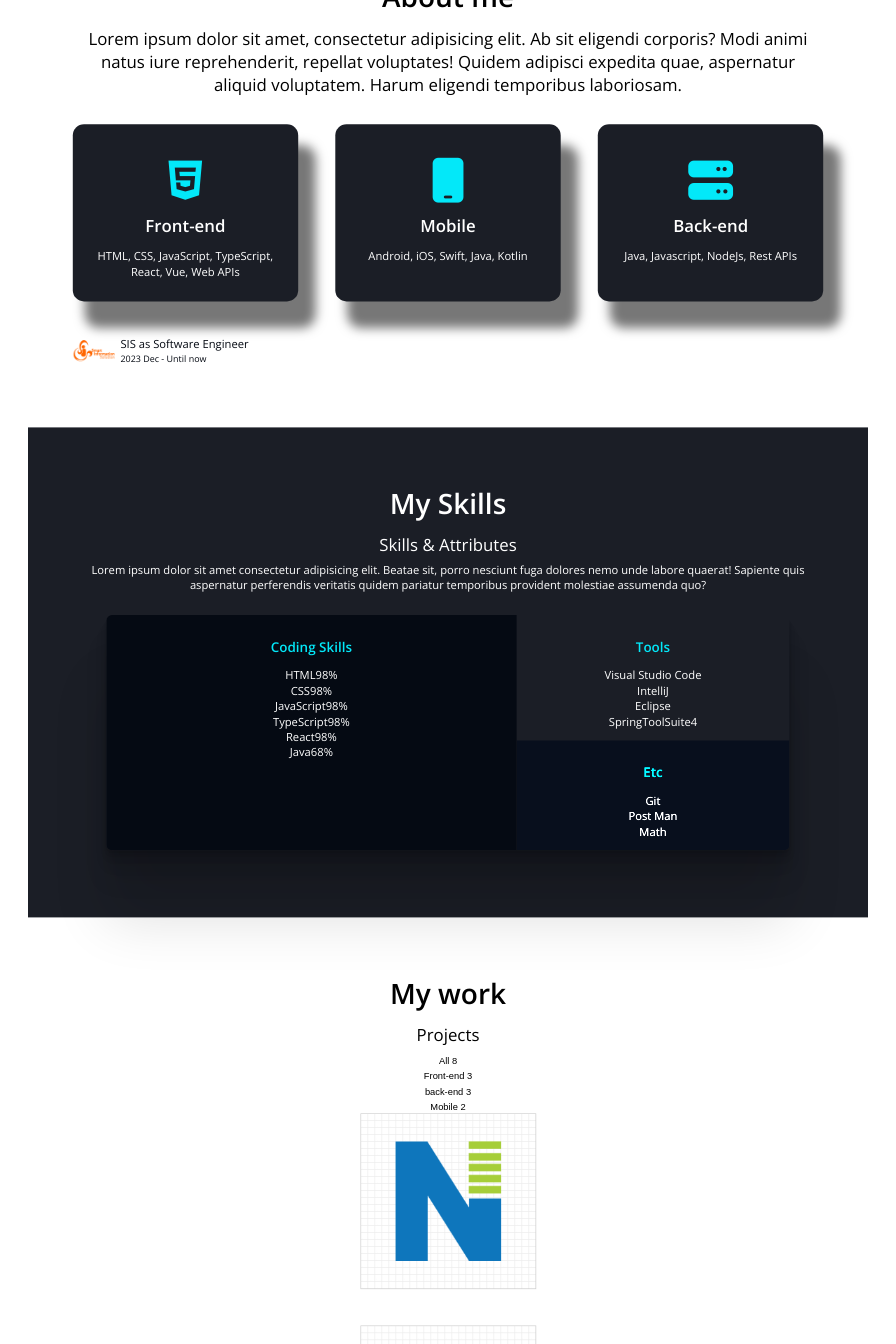
Repository: N1C0N1C0/Portfolio
Page: index.html
These files come from the project's save history. The page is drawn as it stood at one moment and after the next save; the edit follows.
The browser window is 1280 px wide. The pictures show the part of the page from y = 851 to 2771 px (the page is 6511 px tall), at 70% of full size.
Some web libraries are served in a nearby version.

Above is the page before, as saved 2023-12-16 23:15:59.

### index.html
<!DOCTYPE html>
<html lang="jp">
<head>
    <meta charset="UTF-8">
    <meta name="viewport" content="width=device-width, initial-scale=1.0">
    <!-- SEO -->
    <title>My&#39s Portfolio</title>
    <meta
        name="description"
        content="Portfolio for job change"
    />
    <meta
        name="author" content="KimJeongmin"
    />
    <link rel="shortcut icon" href="images/favicon.ico" type="image/x-icon">
    <!-- OG(OPEN Graph Data) -->
    <meta property="og:title" content="Portfolio"/>
    <meta property="og:type" content="website"/>
    <meta property="og:url" content="URL generated after deployment"/>
    <meta property="og:image" content="Image URL created after deployment"/>
    <!-- Google Fonts -->
    <link rel="preconnect" href="https://fonts.googleapis.com">
    <link rel="preconnect" href="https://fonts.gstatic.com" crossorigin>
    <link href="https://fonts.googleapis.com/css2?family=Noto+Sans+JP:wght@300;400;500&family=Open+Sans:wght@400;600&display=swap" rel="stylesheet">
    <!-- Font Awesome -->
    <script src="https://kit.fontawesome.com/04742e9fab.js" crossorigin="anonymous"></script>
    <!-- CSS -->
    <link rel="stylesheet" href="css/style.css">
    <!-- Javascript -->
    <script src="src/main.js" defer></script>
</head>
<body>
    <!-- Header -->
    <header class="header">
        <div class="header__logo">
            <img class="header__logo__img" src="images/favicon.ico" alt="logo" />
            <h1 class="header__logo__title"><a href="#">キムジョンミン</a></h1>
        </div>
        <nav>
            <ul class="header__menu">
                <li><a class="header__menu__item active" href="#home">Home</a></li>
                <li><a class="header__menu__item" href="#about">About</a></li>
                <li><a class="header__menu__item" href="#skills">Skill</a></li>
                <li><a class="header__menu__item" href="#work">My Work</a></li>
                <li><a class="header__menu__item" href="#testimonials">Testimonials</a></li>
                <li><a class="header__menu__item" href="#contact">Contact</a></li>
            </ul>
        </nav>
    </header>
    <!-- Main -->
    <main>
        <!-- Home -->
        <section id="home">
            <img class="home__avatar" src="images/profile.JPG" alt="profile">
            <h2 class="home__title">Hello<br/> I&#39;m <strong class="home__title--strong">Jeongmin</strong></h2>
            <p class="home__description">A software engineer currently residing in Nagoya, Japan</p>
            <a class="home__contact" href="#contact">Contact Me</a>
        </section>
        <!-- About -->
        <section id="about" class="section max-container">
            <h2 class="title">About me</h2>
            <p class="description">
                Lorem ipsum dolor sit amet, consectetur adipisicing elit. Ab sit eligendi corporis? Modi animi natus iure reprehenderit, repellat voluptates! Quidem adipisci expedita quae, aspernatur aliquid voluptatem. Harum eligendi temporibus laboriosam.
            </p>
            <ul class="majors">
                <li class="major">
                    <i class="fa-brands fa-html5 major__icon"></i>
                    <p class="major__title">Front-end</p>
                    <p>HTML, CSS, JavaScript, TypeScript, React, Vue, Web APIs</p>
                </li>
                <li class="major">
                    <i class="fa-solid fa-mobile major__icon"></i>
                    <p class="major__title">Mobile</p>
                    <p>Android, iOS, Swift, Java, Kotlin</p>
                </li>
                <li class="major">
                    <i class="fa-solid fa-server major__icon"></i>
                    <p class="major__title">Back-end</p>
                    <p>Java, Javascript, NodeJs, Rest APIs</p>
                </li>
            </ul>
            <ul class="jobs">
                <li class="job">
                    <img class="job__img" src="images/sis_image.png" alt="株式 SIS">
                    <div>
                        <p class="job__name">SIS as Software Engineer</p>
                        <p class="job__period">2023 Dec - Until now</p>
                    </div>
                </li>
            </ul>
        </section>
        <!-- Skills -->
        <section id="skills" class="section max-container ">
            <h2 class="title">My Skills</h2>
            <p class="description">Skills & Attributes</p>
            <p>
                Lorem ipsum dolor sit amet consectetur adipisicing elit. Beatae sit, porro nesciunt fuga dolores nemo unde labore quaerat! Sapiente quis aspernatur perferendis veritatis quidem     pariatur temporibus provident molestiae assumenda quo?
            </p>
            <div class="skills">
                <section class="skills__coding">
                    <h3 class="skills__title">Coding Skills</h3>
                    <ul>
                        <li>
                            <div><span>HTML</span><span>98%</span></div>
                            <div><div style="width: 98%"></div></div>
                        </li>
                        <li>
                            <div><span>CSS</span><span>98%</span></div>
                            <div><div style="width: 98%"></div></div>
                        </li>
                        <li>
                            <div><span>JavaScript</span><span>98%</span></div>
                            <div><div style="width: 98%"></div></div>
                        </li>
                        <li>
                            <div><span>TypeScript</span><span>98%</span></div>
                            <div><div style="width: 98%"></div></div>
                        </li>
                        <li>
                            <div><span>React</span><span>98%</span></div>
                            <div><div style="width: 98%"></div></div>
                        </li>
                        <li>
                            <div><span>Java</span><span>68%</span></div>
                            <div><div style="width: 68%"></div></div>
                        </li>
                    </ul>
                </section>
                <section class="skills__tools">
                    <h3 class="skills__title">Tools</h3>
                    <ul>
                        <li>Visual Studio Code</li>
                        <li>IntelliJ</li>
                        <li>Eclipse</li>
                        <li>SpringToolSuite4</li>
                    </ul>
                </section>
                <section class="skills__etc">
                    <h3 class="skills__title">Etc</h3>
                    <ul>
                        <li>Git</li>
                        <li>Post Man</li>
                        <li>Math</li>
                    </ul>
                </section>
            </div>
        </section>
        <!-- Work -->
        <section id="work" class="section">
            <h2 class="title">My work</h2>
            <p class="description">Projects</p>
            <ul>
                <li><button>All <span>8</span></button></li>
                <li><button>Front-end <span>3</span></button></li>
                <li><button>back-end <span>3</span></button></li>
                <li><button>Mobile <span>2</span></button></li>
            </ul>
            <ul>
                <li><a href="#" target="_blank">
                    <img src="images/ncs_image.gif" alt="profile1">
                    <div>
                        <h3>Project #1</h3>
                        <p>Clone Coding with HTML, CSS</p>
                    </div>
                </a></li>
                <li><a href="#" target="_blank">
                    <img src="images/ncs_image.gif" alt="profile2">
                    <div>
                        <h3>Project #2</h3>
                        <p>Clone Coding with HTML, CSS</p>
                    </div>
                </a></li>
                <li><a href="#" target="_blank">
                    <img src="images/ncs_image.gif" alt="profile3">
                    <div>
                        <h3>Project #3</h3>
                        <p>Clone Coding with HTML, CSS</p>
                    </div>
                </a></li>
                <li><a href="#" target="_blank">
                    <img src="images/ncs_image.gif" alt="profile4">
                    <div>
                        <h3>Project #4</h3>
                        <p>Clone Coding with HTML, CSS</p>
                    </div>
                </a></li>
                <li><a href="#" target="_blank">
                    <img src="images/ncs_image.gif" alt="profile5">
                    <div>
                        <h3>Project #5</h3>
                        <p>Clone Coding with HTML, CSS</p>
                    </div>
                </a></li>
                <li><a href="#" target="_blank">
                    <img src="images/ncs_image.gif" alt="profile6">
                    <div>
                        <h3>Project #6</h3>
                        <p>Clone Coding with HTML, CSS</p>
                    </div>
                </a></li>
                <li><a href="#" target="_blank">
                    <img src="images/ncs_image.gif" alt="profile7">
                    <div>
                        <h3>Project #7</h3>
                        <p>Clone Coding with HTML, CSS</p>
                    </div>
                </a></li>
                <li><a href="#" target="_blank">
                    <img src="images/ncs_image.gif" alt="profile8">
                    <div>
                        <h3>Project #8</h3>
                        <p>Clone Coding with HTML, CSS</p>
                    </div>
                </a></li>
            </ul>
        </section>
        <!-- Testimonials -->
        <section id="testimonials" class="section">
            <h2 class="title">Testimonial</h2>
            <p class="description">See what they say about me</p>
            <ul>
                <li>
                    <img src="images/favicon.ico" alt="">
                    <div>
                        <p>Lorem ipsum dolor sit amet, consectetur adipisicing elit. Nesciunt modi iusto veniam commodi reiciendis ullam optio, delectus cum pariatur ea magnam accusamus dolor sequi praesentium aliquid laudantium non quae eligendi.</p>
                        <p><a href="#">James Kim</a> / Google</p>
                    </div>
                </li>
                <li>
                    <img src="images/favicon.ico" alt="">
                    <div>
                        <p>Lorem ipsum dolor sit amet, consectetur adipisicing elit. Nesciunt modi iusto veniam commodi reiciendis ullam optio, delectus cum pariatur ea magnam accusamus dolor sequi praesentium aliquid laudantium non quae eligendi.</p>
                        <p><a href="#">James Kim</a> / Google</p>
                    </div>
                </li>
                <li>
                    <img src="images/favicon.ico" alt="">
                    <div>
                        <p>Lorem ipsum dolor sit amet, consectetur adipisicing elit. Nesciunt modi iusto veniam commodi reiciendis ullam optio, delectus cum pariatur ea magnam accusamus dolor sequi praesentium aliquid laudantium non quae eligendi.</p>
                        <p><a href="#">James Kim</a> / Google</p>
                    </div>
                </li>
            </ul>
        </section>
        <!-- Arrow up -->
        <aside>
            <a href="#home" title="back to top">
                <i class="fa-solid fa-arrow-up"></i>
            </a>
        </aside>
    </main>
    <!-- Footer -->
    <footer id="contact" class="section">
        <h2 class="title">Let&#39;s talk</h2>
        <p class="description">dothd8775@gmail.com</p>
        <ul>
            <li>
                <a href="https//github.com/" target="_blank" title="my github link">
                    <i class="fa-brands fa-github"></i>
                </a>
            </li>
            <li>
                <a href="https//github.com/" target="_blank" title="my kinkedin link">
                    <i class="fa-brands fa-linkedin"></i>
                </a>
            </li>
        </ul>
        <p>©️kimujeongmin</p>
    </footer>
</body>
</html>

### css/style.css
/* Global */
:root {
    /* App Colors */
    --color-primary: var(--color-black);
    --color-primary-variant: var(--color-gray);
    --color-accent: var(--color-blue);
    --color-accent-variant: var(--color-orange);
    --color-text: var(--color-white);

    /* Colors */
    --color-white : #ffffff;
    --color-black : #050a13;
    --color-blue : #03e8f9;
    --color-orange : #fd6413;
    --color-gray : #1b1e26;

    /* Size */
    --size-max-width : 1200px;
}

* {
    box-sizing: border-box;
}

body {
    font-family: 'Open Sans', sans-serif;
    margin: 0;
}

h1, h2, h3, p, ul {
    margin: 0;
}

ul {
    list-style: none;
    padding: 0;
}

a {
    text-decoration: none;
    color: var(--color-text);
}

button {
    background-color: transparent;
    outline: 0;
    border: 0;
}

button:focus {
    outline: 1px solid var(--color-accent);
}

/* Common */
.section {
    padding: 4rem;
    text-align: center;
}

.title {
    font-size: 2.5rem;
    margin: 1rem 0;
}

.description {
    font-size: 1.5rem;
    margin: 0.5rem 0;
}

.max-container {
    max-width: var(--size-max-width);
    margin: auto;
}

/* Header */
.header {
    background-color: var(--color-black);
    position: fixed;
    top: 0;
    width: 100%;
    padding: 1rem;
    display: flex;
    justify-content: space-between;
    align-items: center;
}

.header__logo {
    display: flex;
    align-items: center;
    gap: 8px;
}

.header__logo__img {
    width: 36px;
    height: 36px;
    border-radius: 100%;
}

.header__logo__title {
    font-size: 1.8rem;
}

.header__menu {
    display: flex;
    gap: 4px;
}

.header__menu__item {
    padding: 8px 16px;
}

.header__menu__item:hover {
    border-bottom: 1px solid var(--color-accent);
}

.header__menu__item.active {
    border: 1px solid var(--color-accent);
    border-radius: 4px;
}

/* Home */
#home {
    background-color: var(--color-primary);
    color: var(--color-text);
    padding: 5rem 1rem;
    padding: 7rem;
    text-align: center;
}

.home__avatar {
    width: 250px;
    height: 250px;
    object-fit: cover;
    border-radius: 100%;
    border: 3px solid var(--color-accent);
}

.home__title {
    font-size: 3rem;
    margin-bottom: ;
}

.home__title--strong {
    color: var(--color-accent);
}

.home__description {
    font-size: 1.3rem;
}

.home__contact {
    display: inline-block;
    background-color: var(--color-accent);
    color: var(--color-black);
    margin: 2rem;
    padding: 0.5rem 1rem;
    font-weight: bold;
    border-radius: 4px;
}

.home__contact:hover {
    background-color: transparent;
    color: var(--color-text);
    outline: 2px solid var(--color-accent);
}

/* About */
.majors {
    display: flex;
    justify-content: space-between;
    gap: 1rem;
    margin: 2.5rem 0;
}

.major {
    background-color: var(--color-primary-variant);
    width: 30%;
    padding: 2rem 1rem;
    color: var(--color-text);
    border-radius: 1rem;
    cursor: default;
    box-shadow: 21px 34px 15px 4px #777777;
}

.major__icon {
    font-size: 4rem;
    margin: 1rem 0;
    color: var(--color-accent);
    transition: all 300ms ease;
}

.major__title {
    font-size: 1.5rem;
    font-weight: bold;
    margin-bottom: 1rem;
}

.major:hover .major__icon{
    transform: rotate(-15deg) scale(1.2);
}

.jobs {
    text-align: start;
}

.job {
    display: flex;
    align-items: center;
    gap: 8px;
    margin-bottom: 1rem;
}

.job__img {
    width: 60px;
    height: 60px;
    object-fit: contain;
}

.job__name {
    color: var(--color-primary);
}

.job__period {
    color: var(--color-primary);
    font-size: 0.8rem;
}

/* Skills */
#skills {
    background-color: var(--color-primary-variant);
    color: var(--color-text);

}

.skills {
    display: grid;
    grid-template-columns: 6fr 4fr;
    margin: 2rem 3rem;
    border-radius: 8px;
    overflow: hidden;
    box-shadow: 0 2.8px 2.2px rgba(0, 0, 0, 0.034), 0 6.7px 5.3px rgba(0, 0, 0, 0.048), 0 12.5px 10px rgba(0, 0, 0, 0.06), 0 22.3px 17.9px rgba(0, 0, 0, 0.072), 0 41.8px 33.4px rgba(0, 0, 0, 0.086), 0 100px 80px rgba(0, 0, 0, 0.12);
}

.skills__title {
    color: var(--color-accent);
    margin: 1rem 0;
    font-size: 1.2rem;
}

.skills__coding {
    grid-row: span 2;
    padding: 1rem;
    background-color: var(--color-primary);
}

.skills__tools {
    padding: 1rem;
}

.skills__etc {
    padding: 1rem;
    background-color: var(--color-primary);
    filter: brightness(150%);
}

Loaded but not shown: src/main.js (no copy from this time; the picture is the same without it)

After the next save:
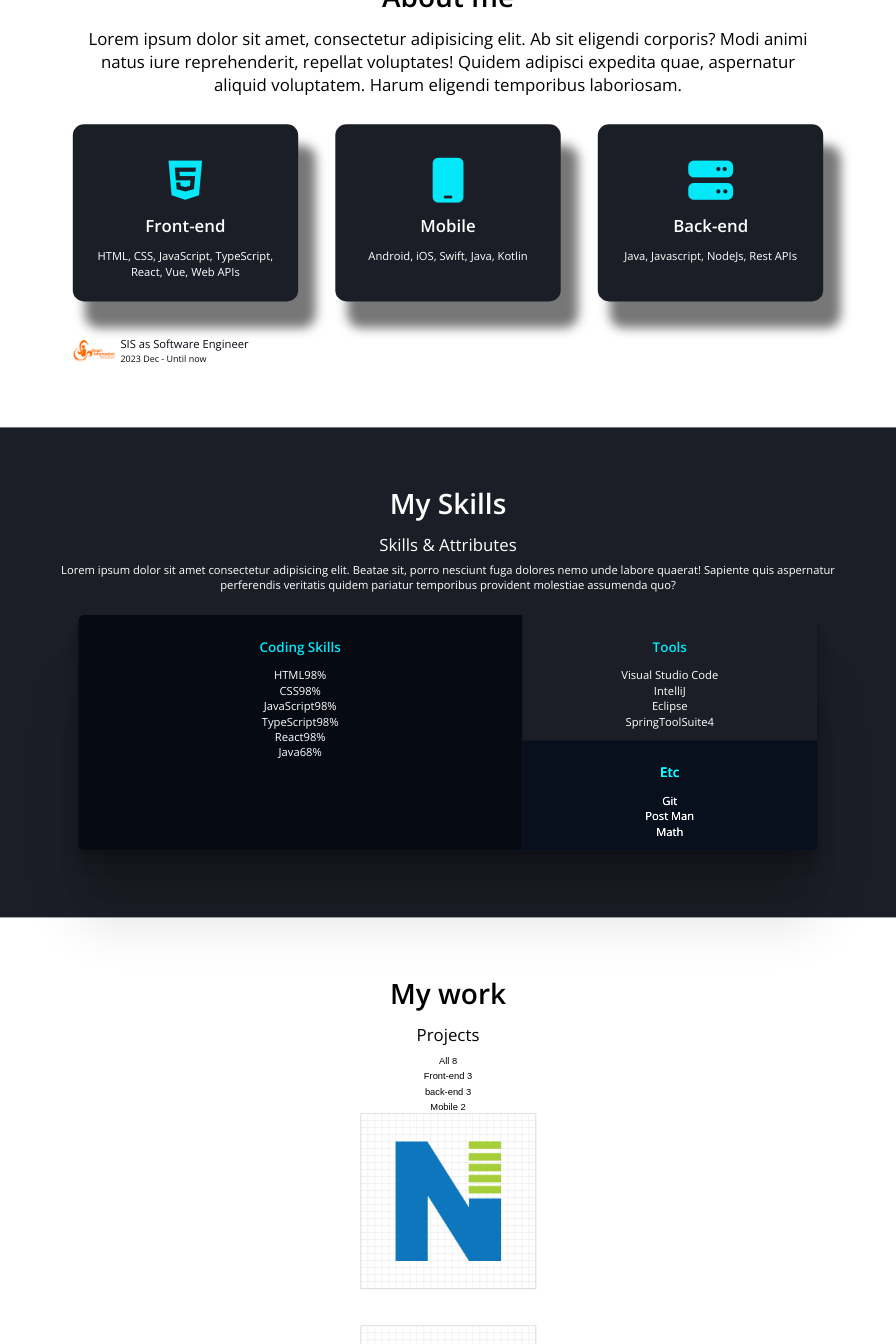
Saved 74 s later.
--- a/index.html
+++ b/index.html
@@ -90,7 +90,7 @@
             </ul>
         </section>
         <!-- Skills -->
-        <section id="skills" class="section max-container ">
+        <section id="skills" class="section">
             <h2 class="title">My Skills</h2>
             <p class="description">Skills & Attributes</p>
             <p>
